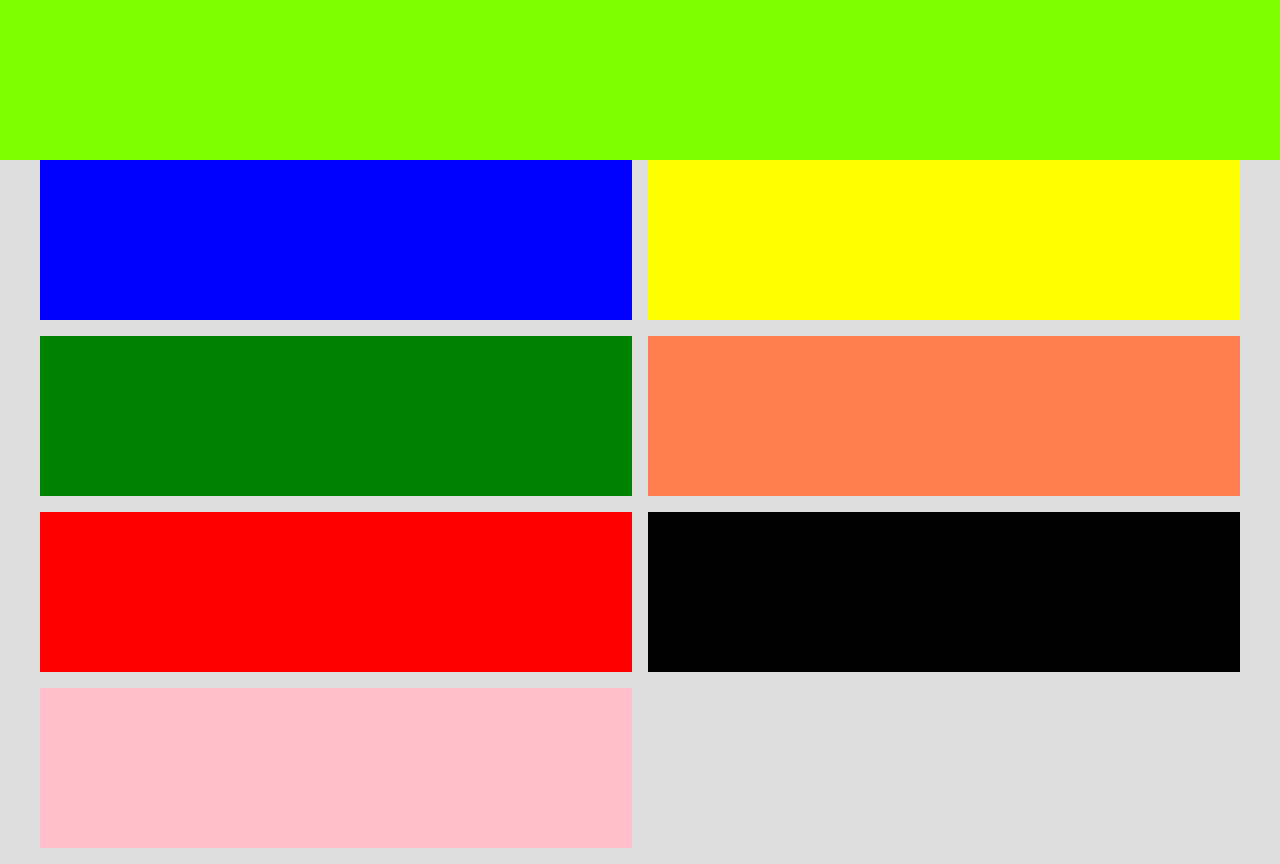
Repository: rafavirginio/clone-do-youtube
Page: index.html
The author's editor kept a copy of each file at every save. The page is drawn from the files as they stood at one save, then again after the next save.
The browser window is 1280 px wide. The pictures show the whole page.

Above is the page before, as saved 2020-09-28 18:03:40.

### index.html
<!DOCTYPE html>
<html lang="pt">

<head>
    <meta charset="UTF-8">
    <meta name="viewport" content="width=device-width, initial-scale=1.0">
    <title>Youtube</title>
    <link rel="stylesheet" href="style.css">
</head>

<body>
    <header></header>
    <main>
        <section class="video-player"></section>
        <section class="video-info"></section>
        <section class="actions"></section>
        <section class="channel"></section>
        <section class="subscribe"></section>
        <section class="ad"></section>
        <section class="up-next"></section>
    </main>


</body>

</html>

### style.css
/* Reset CSS */

* {
    margin: 0;
    paddinh: 0;
    box-sizing: border-box;
}

body {
    background-color: #ddd;
}

header {
    background-color: chartreuse;
}

header,
section {
    padding: 5rem;
}

main {
    max-width: 1200px;
    margin: auto;
    display: grid;
    grid-gap: 1rem;
    grid-template-areas: "video-player video-player" "video-info video-info" "actions actions" "channel subscribe" "up-next up-next"
}

.video-player {
    background-color: blue;
}

.video-info {
    background-color: yellow;
}

.actions {
    background-color: green;
}

.channel {
    background-color: coral;
}

.subscribe {
    background-color: red;
}

.ad {
    background-color: black;
}

.up-next {
    background-color: pink;
}

After the next save:
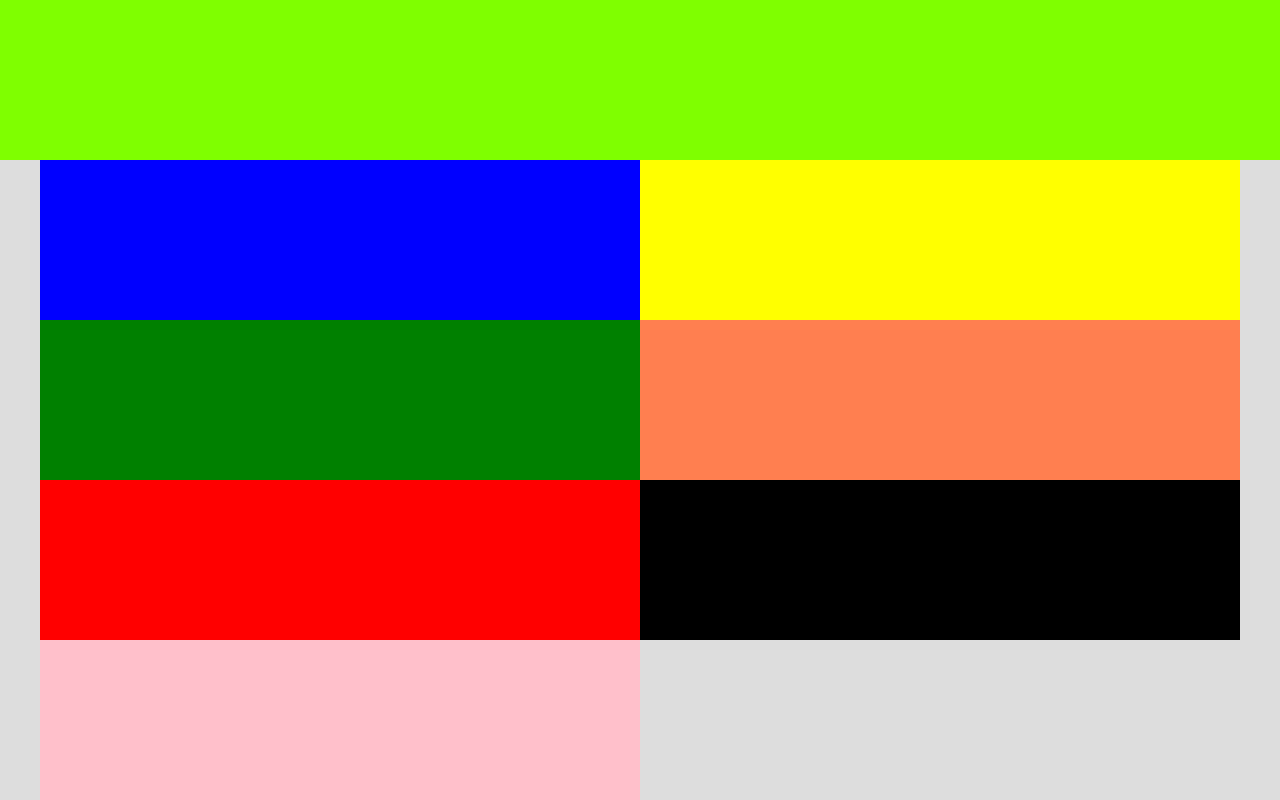
Saved 22 s later.
--- a/style.css
+++ b/style.css
@@ -23,7 +23,7 @@
     max-width: 1200px;
     margin: auto;
     display: grid;
-    grid-gap: 1rem;
+    /* grid-gap: 1rem; */
     grid-template-areas: "video-player video-player" "video-info video-info" "actions actions" "channel subscribe" "up-next up-next"
 }
 
